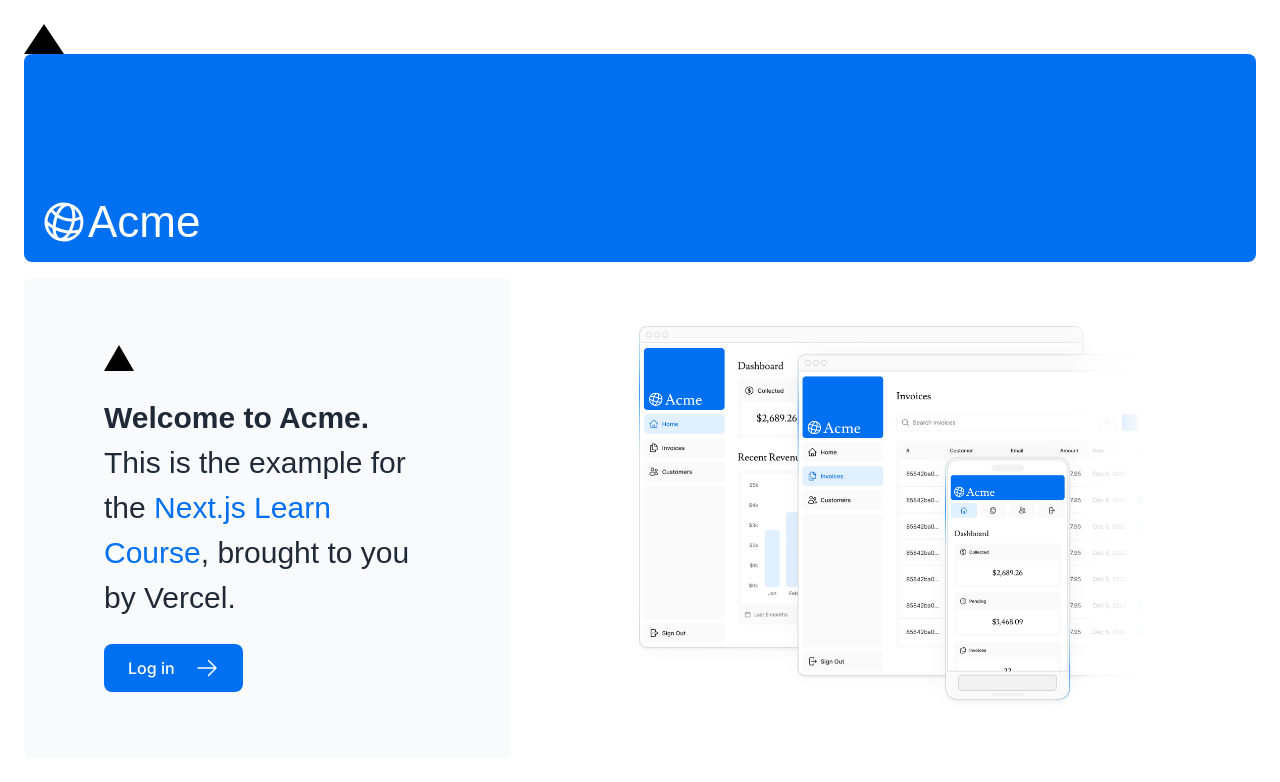
Repository: 0854321/nextjs-dashboard
Page: /
The author's editor kept a copy of each file at every save. The page is drawn from the files as they stood at one save, then again after a run of saves.
The browser window is 1280 px wide. The pictures show the whole page.
Some web fonts or font styles are not loaded; a fallback is used. The project was rebuilt for these pictures with package versions that can differ from the ones it lists, and the page was loaded fresh each time. The framework's server and built-in components were replaced by stand-ins that run in the browser. Also part of the build but not shown: next.config.ts.

Above is the page before, as saved 2025-08-14 19:04:12.

### app/page.tsx
import AcmeLogo from '@/app/ui/acme-logo';
import { ArrowRightIcon } from '@heroicons/react/24/outline';
import Link from 'next/link';
import styles from '@/app/ui/home.module.css'
import { lusitana } from '@/app/ui/fonts';
import Image from 'next/image'

export default function Page() {
  return (
    <main className="flex min-h-screen flex-col p-6">
      <div className={styles.shape} />
      <div className="flex h-20 shrink-0 items-end rounded-lg bg-blue-500 p-4 md:h-52">
        <AcmeLogo />
      </div>
      <div className="mt-4 flex grow flex-col gap-4 md:flex-row">
        <div className="flex flex-col justify-center gap-6 rounded-lg bg-gray-50 px-6 py-10 md:w-2/5 md:px-20">
          <div
            className="relative w-0 h-0 border-l-[15px] border-r-[15px] border-b-[26px] border-l-transparent border-r-transparent border-b-black"
          />
          <p className={`${lusitana.className} text-xl text-gray-800 md:text-3xl md:leading-normal`}>
            <strong>Welcome to Acme.</strong> This is the example for the{' '}
            <a href="https://nextjs.org/learn/" className="text-blue-500">
              Next.js Learn Course
            </a>
            , brought to you by Vercel.
          </p>
          <Link
            href="/login"
            className="flex items-center gap-5 self-start rounded-lg bg-blue-500 px-6 py-3 text-sm font-medium text-white transition-colors hover:bg-blue-400 md:text-base"
          >
            <span>Log in</span> <ArrowRightIcon className="w-5 md:w-6" />
          </Link>
        </div>
        <div className="flex items-center justify-center p-6 md:w-3/5 md:px-28 md:py-12">
          {/* Add Hero Images Here */}
          <Image
            src= "/hero-desktop.png"
            width={1000}
            height={760}
          />
        </div>
      </div>
    </main>
  );
}

### app/ui/fonts.ts
import { Inter } from 'next/font/google';
import { Lusitana } from 'next/font/google';

export const inter = Inter({subsets: ['latin']});

export const lusitana = Lusitana({
  weight: '400',
  subsets: ['latin']
});

Loaded but not shown: app/layout.tsx (common file); app/ui/global.css (common file); app/ui/acme-logo.tsx (common file); app/ui/home.module.css (common file); tailwind.config.ts (common file)

After the next 2 saves:
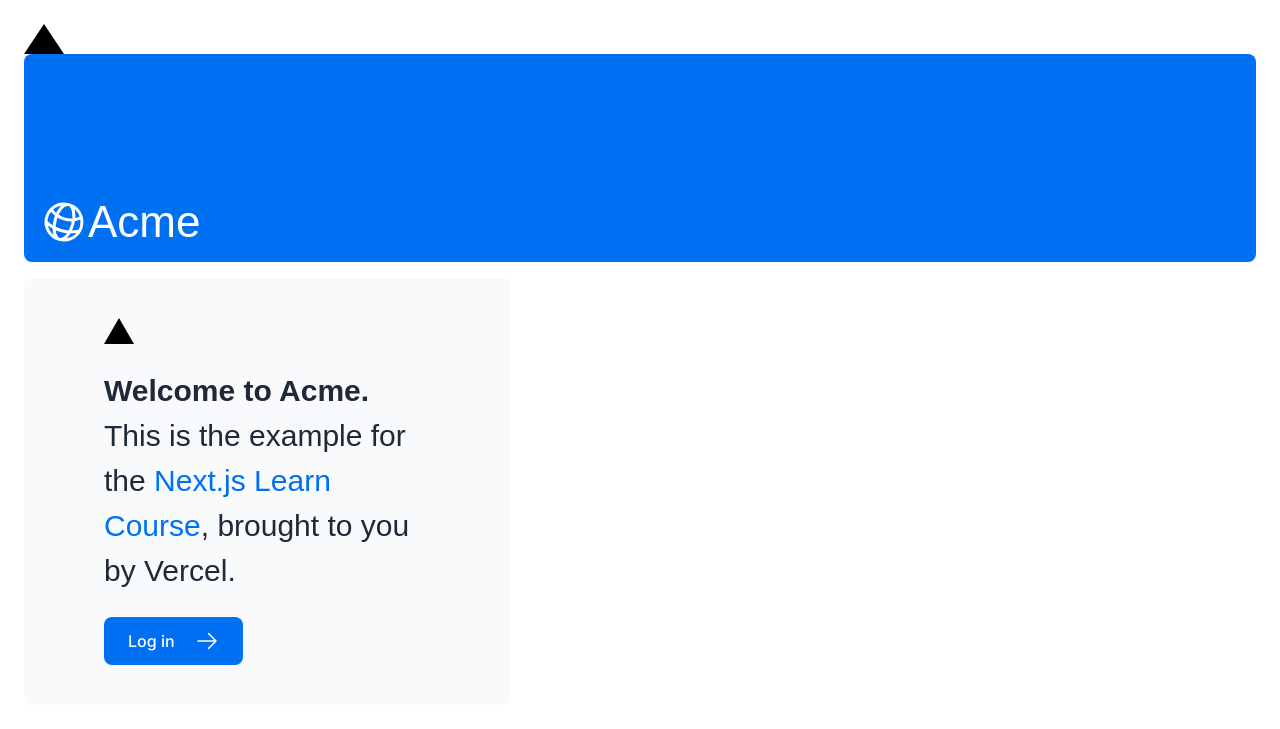
The 2 saves are shown as one change because they came seconds apart.
The last was saved 7 s later.
--- a/app/page.tsx
+++ b/app/page.tsx
@@ -37,6 +37,7 @@
             src= "/hero-desktop.png"
             width={1000}
             height={760}
+            className='hidden'
           />
         </div>
       </div>

After the save that followed:
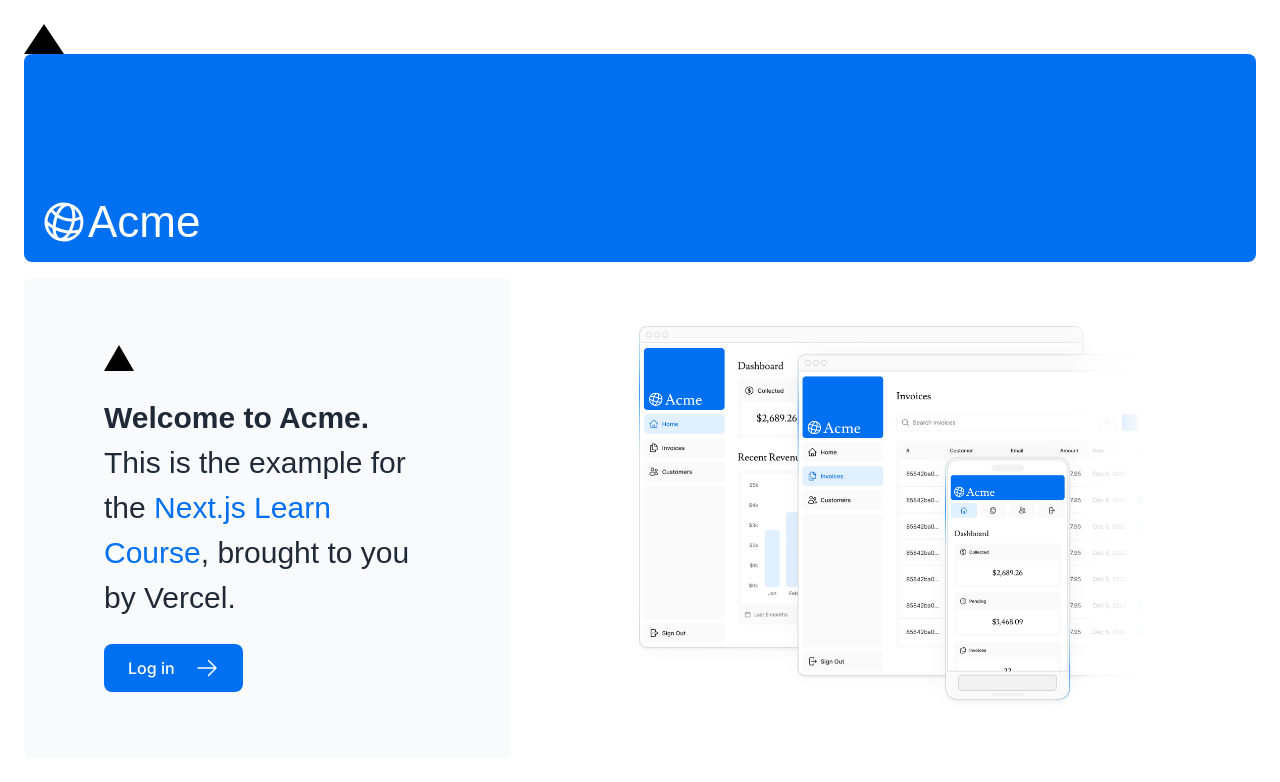
Saved 4 s later.
--- a/app/page.tsx
+++ b/app/page.tsx
@@ -37,7 +37,7 @@
             src= "/hero-desktop.png"
             width={1000}
             height={760}
-            className='hidden'
+            className='hidden md:block'
           />
         </div>
       </div>
